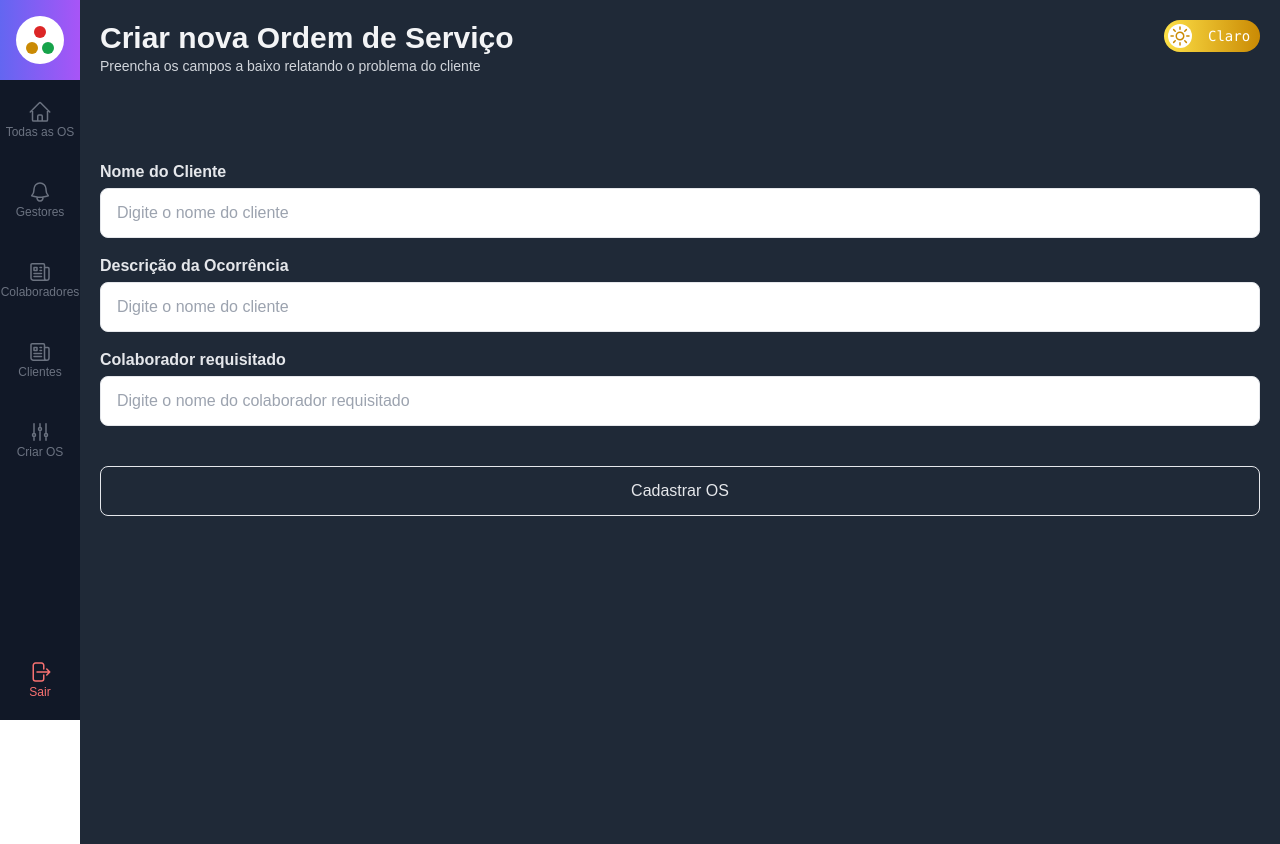
Repository: JackSSads/udemy-nextjs
Page: /create-os
The author's editor kept a copy of each file at every save. The page is drawn from the files as they stood at one save, then again after the next save.
The browser window is 1280 px wide. The pictures show the whole page.
The project was rebuilt for these pictures with package versions that can differ from the ones it lists, and the page was loaded fresh each time. The framework's server and built-in components were replaced by stand-ins that run in the browser. Also part of the build but not shown: next.config.js.

Above is the page before, as saved 2022-10-30 12:19:27.

### src/pages/_app.tsx
import '../styles/globals.css';
import { AppProvider } from "../data/context/AppContext";
import { AuthProvider } from "../data/context/AuthContext";

function MyApp({ Component, pageProps }) {
  return (
    <AuthProvider>
      <AppProvider>
        <Component {...pageProps} />
      </AppProvider>
    </AuthProvider>
  );
};

export default MyApp;

### src/pages/create-os.tsx
//import Template
import router from "next/router.js";
import { useState } from "react";
import FormPost from "../components/template/FormPost";
import Layout from "../components/template/Layout";

import { api_next } from "../lib/dturl";

// página JSX settings
export default function Settings() {

  const [nameClient, setNameClient] = useState("");
  const [description, setDescription] = useState("");
  const [collaborator, setCollaborator] = useState("");

  const [error, setError] = useState("");
  const [checkOsCreated, setCreckOsCrated] = useState("");

  function osCreated(message) {
    setCreckOsCrated(message);
    setTimeout(() => setCreckOsCrated(null), 5000);
  };

  function showError(message, time = 5) {
    setError(message);
    setTimeout(() => setError(null), time * 1000);
  };

  async function registerOs() {

    if (nameClient === "" || description === "" || collaborator === "") {
      showError("Preencha os campos corretamante!", 7);
      return
    };

    const date = new Date().toLocaleDateString();

    const data = {
      date: date,
      client: nameClient,
      description: description,
      collaborator_req: collaborator,
      status: false
    };

    const response = await fetch(`${api_next}/os`, {
      method: 'POST',
      headers: {
        'Content-Type': 'application/json',
      },
      body: JSON.stringify(data),
    });

    if (response.ok) {
      osCreated("Ordem de Serviço Criada com Sucesso!");

      setTimeout(() => { router.push('/'); }, 7000);

      console.log(response);
    };

    return response;
  };

  return (

    <Layout
      title="Criar nova Ordem de Serviço"
      description="Preencha os campos a baixo relatando o problema do cliente">

      {error ? (
        <div className="
          flex items-center justify-center
          bg-red-400 text-white py-3 px-5 my-2
          border border-red-700 rounded-lg">
          <span className="ml-3">{error}</span>
        </div>
      ) : false}

      {checkOsCreated ? (
        <div className="
          flex items-center justify-center
          bg-green-400 text-white py-3 px-5 my-2
          border border-green-700 rounded-lg">
          <span className="ml-3">{checkOsCreated}</span>
        </div>
      ) : false}

      <div className="
        h-screen py-10 flex flex-col
      ">

        <FormPost
          label="Nome do Cliente"
          type="text"
          value={nameClient}
          changeValue={setNameClient}
          placeholder="Digite o nome do cliente"
          required></FormPost>

        <FormPost
          label="Descrição da Ocorrência"
          type="text"
          value={description}
          changeValue={setDescription}
          placeholder="Digite o nome do cliente"
          required></FormPost>

        <FormPost
          label="Colaborador requisitado"
          type="text"
          value={collaborator}
          changeValue={setCollaborator}
          placeholder="Digite o nome do colaborador requisitado"
          required></FormPost>

        <button
          onClick={registerOs}
          className={`
            border border-gray-200 py-3 hover:bg-gray-200
            mt-10 rounded-lg dark:hover:bg-gray-700 hover:border-indigo-500
        `}>
          Cadastrar OS
        </button>

      </div>
    </Layout>
  );
};

### src/styles/globals.css
@tailwind base;
@tailwind components;
@tailwind utilities;

@import url('https://fonts.googleapis.com/css2?family=Poppins:wght@100;200;300;400;500;600;700;800;900&display=swap');

html,
body {
  padding: 0;
  margin: 0;
  font-family: 'Poppins', sans-serif;
}

a {
  color: inherit;
  text-decoration: none;
}

* {
  box-sizing: border-box;
}

### src/data/context/AppContext.tsx
//import states
import { createContext, useState } from "react";

type Theme = "dark" | "";
type Color = "white" | "black";

interface AppContextProps {
    theme?: Theme;
    color?: Color;
    changeTheme?: () => void;
};

// extendendo interface AppContextProps
const AppContext = createContext<AppContextProps>({});

export function AppProvider(props) {
    const [theme, setTheme] = useState<Theme>("dark");
    const [color, setColor] = useState<Color>("white");

    function changeTheme() {
        setTheme(theme === "" ? "dark" : "");
        setColor(color === "white" ? "black" : "white");
    };

    return (
        <AppContext.Provider value={{
            theme,
            color,
            changeTheme
        }}>
            {props.children}
        </AppContext.Provider>
    );
};

export default AppContext;

### src/data/context/AuthContext.tsx
import router from "next/router.js";

import { createContext, useState } from "react";
import firebase from "../../firebase/config.js";
import User from "../../model/User.js";

interface AuthContextProps {
    user?: User;
    loginGoogle?: () => Promise<void>;
};

async function userNormalization(userFirabase: firebase.User): Promise<User> {

    const token = await userFirabase.getIdToken();

    return {
        uid: userFirabase.uid,
        name: userFirabase.displayName,
        email: userFirabase.email,
        token,
        provider: userFirabase.providerData[0].providerId,
        imageUrl: userFirabase.photoURL
    };
};

const AuthContext = createContext<AuthContextProps>({});

export function AuthProvider(props) {
    const [user, setUser] = useState<User>(null);

    async function loginGoogle() {

        const res = await firebase.auth().signInWithPopup(
            new firebase.auth.GoogleAuthProvider(),
        );

        // validação de login com Google
        if(res.user?.email) {
            const user = await userNormalization(res.user);
            setUser(user);

            router.push("/");
        };
    };

    return(
        <AuthContext.Provider value={{
            user,
            loginGoogle,
        }}>
            {props.children}
        </AuthContext.Provider>
    );
};

export default AuthContext;

### src/components/template/FormPost.tsx
interface FormPostProps {
    label: string;
    value: any;
    type?: "text" | "email" | "password";
    placeholder?: string;
    required?: boolean;
    changeValue: (newValue: any) => void;
};

export default function FormPost(props: FormPostProps) {

    return (
        <div className={`flex flex-col mt-4`}>

            <label className="font-semibold">{props.label}</label>

            <input
                type={props.type ?? "text"}
                value={props.value}
                placeholder={props.placeholder}
                onChange={event => props.changeValue?.(event.target.value)}
                required={props.required}
                className={`
                    px-4 py-3 rounded-lg mt-1 text-black
                    border focus:border-blue-500 focus:bg-white
                    focus:outline-none`}
            />
        </div>
    );
};

### src/components/template/Layout.tsx
//import components
import SideBar from "./SideBar";
import Header from "./Header";
import Content from "./Content";

// import custon hook
import useAppData from "../../data/hooks/useAppData";

interface LayoutProps {
    title: string;
    description?: string;
    children?: any;
};

// component JSX layout
export default function Layout(props: LayoutProps) {

    const { theme } = useAppData();

    return (
        <div className={`${theme} flex h-full w-full`} >

            <SideBar /> {/* Adicionando component JSX SideBar ao component JSX layout */}

            <div className={`flex flex-col w-full p-5 ml-20 bg-gray-100 dark:bg-gray-800`} >

                <Header /* Adicionando component JSX Header ao component JSX layout */

                    /* recebendo o titulo e subtitulo */
                    title={props.title}
                    description={props.description} />

                <Content > {/* Adicionando component JSX Component ao component JSX layout */}

                    <div className="flex flex-col">
                        {/* layout pode receber filhos (opsicional) */}
                        {props.children}
                    </div>

                </Content>
            </div >
        </div >
    );
};

### src/lib/dturl.ts
export const api_next = "http://localhost:3000/api"
export const api_nest = "http://localhost:5000"

### src/firebase/config.js
import firebase from "firebase";
import "firebase/auth";

if (!firebase.app.length) {
    firebase.initializeApp({
        apiKey: process.env.NEXT_PUBLIC_FIREBASE_API_KEY,
        authDomain: process.env.NEXT_PUBLIC_FIREBASE_AUTH_DOMAIN,
        projectId: process.env.NEXT_PUBLIC_FIREBASE_PROJECT_ID,
        storageBucket: process.env.NEXT_PUBLIC_FIREBASE_STORAGE_BUCKET,
        messagingSenderId: process.env.NEXT_PUBLIC_FIREBASE_MESSAGING_SENDER_ID,
        appId: process.env.NEXT_PUBLIC_FIREBASE_APP_ID
    });
};

export default firebase;

### src/components/template/SideBar.tsx
// Import icons
import { IconHome, IconBell, IconNew, IconSettings, IconLogout } from "../icons";

//import logo
import Logo from "./Logo";

//Import components
import MenuItem from "./MenuItem";

// component JSX SideBar
export default function SideBar() {
    return (
        <aside className={`
            flex flex-col
            position: fixed
            h-full
            bg-gray-200 text-gray-700
            dark:bg-gray-900 `}>

            {/* ícone logo */}
            <div className={`
                flex flex-col items-center justify-center
                bg-gradient-to-r from-indigo-500 to-purple-500
                h-20 w-20`}>

                <Logo /> {/* Inserindo logo */}

            </div>

            {/* ícones do menu lateral */}
            <ul className={`flex-grow`}>
                <MenuItem url="/" text="Todas as OS" icon={IconHome} />
                <MenuItem url="/managers" text="Gestores" icon={IconBell} />
                <MenuItem url="/collaborators" text="Colaboradores" icon={IconNew} />
                <MenuItem url="/clients" text="Clientes" icon={IconNew} />
                <MenuItem url="/create-os" text="Criar OS" icon={IconSettings} />
            </ul>

            {/* botão logout */}
            <ul>
                <MenuItem
                    text="Sair"
                    icon={IconLogout}
                    onClick={() => console.log("Logout")}
                    className={`
                        text-red-600 dark:text-red-400
                        hover:bg-red-400 hover:text-white
                        dark:hover:text-white`} />
            </ul>
        </aside>
    );
};

### src/components/template/Header.tsx
//import component
import Title from "./Title";

import BtnChangeTheme from "../btn/BtnChangeTheme";
import useAppData from "../../data/hooks/useAppData";

interface HeaderProps {
    title: string;
    description?: string;
};

// component JSX passando e requerendo o titulo e subtitulo
export default function Header(props: HeaderProps) {

    const { theme, changeTheme } = useAppData();

    return (
        <div className={`flex`}>
            <Title /* Adicionando component JSX Title ao component JSX Header */

                /* recebendo titulo */
                title={props.title}
                description={props.description}
            />
            <div className={`flex flex-grow justify-end`}>
                <BtnChangeTheme theme={theme} changeTheme={changeTheme} />
            </div>
        </div>
    );
};

### src/components/template/Content.tsx
interface ContentProps {
    children?: any;
};

// component JSX content
export default function Content(props: ContentProps){

    return (
        <div className={`flex flex-col mt-7 dark:text-gray-200`} >

            {props.children} {/* recebe componentes filho como parâmetro opsional */}

        </div>
    );
};

### src/data/hooks/useAppData.ts
import { useContext } from "react";
import AppContext from "../context/AppContext";

const useAppData = () => useContext(AppContext);

export default useAppData;

### src/components/icons/index.tsx
// icon location: https://heroicons.com/

export const IconHome = (
    <svg xmlns="http://www.w3.org/2000/svg" fill="none" viewBox="0 0 24 24" strokeWidth={1.5} stroke="currentColor" className="w-6 h-6">
        <path strokeLinecap="round" strokeLinejoin="round" d="M2.25 12l8.954-8.955c.44-.439 1.152-.439 1.591 0L21.75 12M4.5 9.75v10.125c0 .621.504 1.125 1.125 1.125H9.75v-4.875c0-.621.504-1.125 1.125-1.125h2.25c.621 0 1.125.504 1.125 1.125V21h4.125c.621 0 1.125-.504 1.125-1.125V9.75M8.25 21h8.25" />
    </svg>
);

export const IconSettings = (
    <svg xmlns="http://www.w3.org/2000/svg" fill="none" viewBox="0 0 24 24" strokeWidth={1.5} stroke="currentColor" className="w-6 h-6">
        <path strokeLinecap="round" strokeLinejoin="round" d="M6 13.5V3.75m0 9.75a1.5 1.5 0 010 3m0-3a1.5 1.5 0 000 3m0 3.75V16.5m12-3V3.75m0 9.75a1.5 1.5 0 010 3m0-3a1.5 1.5 0 000 3m0 3.75V16.5m-6-9V3.75m0 3.75a1.5 1.5 0 010 3m0-3a1.5 1.5 0 000 3m0 9.75V10.5" />
    </svg>
);

export const IconBell = (
    <svg xmlns="http://www.w3.org/2000/svg" fill="none" viewBox="0 0 24 24" strokeWidth={1.5} stroke="currentColor" className="w-6 h-6">
        <path strokeLinecap="round" strokeLinejoin="round" d="M14.857 17.082a23.848 23.848 0 005.454-1.31A8.967 8.967 0 0118 9.75v-.7V9A6 6 0 006 9v.75a8.967 8.967 0 01-2.312 6.022c1.733.64 3.56 1.085 5.455 1.31m5.714 0a24.255 24.255 0 01-5.714 0m5.714 0a3 3 0 11-5.714 0" />
    </svg>
);

export const IconNew = (
    <svg xmlns="http://www.w3.org/2000/svg" fill="none" viewBox="0 0 24 24" strokeWidth={1.5} stroke="currentColor" className="w-6 h-6">
        <path strokeLinecap="round" strokeLinejoin="round" d="M12 7.5h1.5m-1.5 3h1.5m-7.5 3h7.5m-7.5 3h7.5m3-9h3.375c.621 0 1.125.504 1.125 1.125V18a2.25 2.25 0 01-2.25 2.25M16.5 7.5V18a2.25 2.25 0 002.25 2.25M16.5 7.5V4.875c0-.621-.504-1.125-1.125-1.125H4.125C3.504 3.75 3 4.254 3 4.875V18a2.25 2.25 0 002.25 2.25h13.5M6 7.5h3v3H6v-3z" />
    </svg>
);

export const IconLogout = (
    <svg xmlns="http://www.w3.org/2000/svg" fill="none" viewBox="0 0 24 24" strokeWidth={1.5} stroke="currentColor" className="w-6 h-6">
        <path strokeLinecap="round" strokeLinejoin="round" d="M15.75 9V5.25A2.25 2.25 0 0013.5 3h-6a2.25 2.25 0 00-2.25 2.25v13.5A2.25 2.25 0 007.5 21h6a2.25 2.25 0 002.25-2.25V15m3 0l3-3m0 0l-3-3m3 3H9" />
    </svg>

);

export const IconSun = (size = 6) => (
    <svg xmlns="http://www.w3.org/2000/svg" fill="none" viewBox="0 0 24 24" strokeWidth={1.5} stroke="currentColor" className={`h-${size} w-${size}`}>
        <path strokeLinecap="round" strokeLinejoin="round" d="M12 3v2.25m6.364.386l-1.591 1.591M21 12h-2.25m-.386 6.364l-1.591-1.591M12 18.75V21m-4.773-4.227l-1.591 1.591M5.25 12H3m4.227-4.773L5.636 5.636M15.75 12a3.75 3.75 0 11-7.5 0 3.75 3.75 0 017.5 0z" />
    </svg>

);

export const IconMoon = (size = 6) => (
    <svg xmlns="http://www.w3.org/2000/svg" fill="none" viewBox="0 0 24 24" strokeWidth={1.5} stroke="currentColor" className={`h-${size} w-${size}`}>
        <path strokeLinecap="round" strokeLinejoin="round" d="M21.752 15.002A9.718 9.718 0 0118 15.75c-5.385 0-9.75-4.365-9.75-9.75 0-1.33.266-2.597.748-3.752A9.753 9.753 0 003 11.25C3 16.635 7.365 21 12.75 21a9.753 9.753 0 009.002-5.998z" />
    </svg>

);

export const IconWarn = (size = 6) => (
    <svg xmlns="http://www.w3.org/2000/svg" fill="none" viewBox="0 0 24 24" strokeWidth={1.5} stroke="currentColor" className={`h-${size} w-${size}`}>
        <path strokeLinecap="round" strokeLinejoin="round" d="M12 9v3.75m-9.303 3.376c-.866 1.5.217 3.374 1.948 3.374h14.71c1.73 0 2.813-1.874 1.948-3.374L13.949 3.378c-.866-1.5-3.032-1.5-3.898 0L2.697 16.126zM12 15.75h.007v.008H12v-.008z" />
    </svg>
)

### src/components/template/Logo.tsx
// component JSX logo
export default function Logo() {
    return (
        <div className={`
            flex flex-col items-center justify-center
            h-12 w-12 rounded-full bg-white`} >

            <div className={`h-3 w-3 rounded-full bg-red-600 mb-0.5`}></div>

            <div className={`flex mt-0.5`}>
                <div className={`h-3 w-3 rounded-full bg-yellow-600 mr-0.5`}></div>
                <div className={`h-3 w-3 rounded-full bg-green-600 ml-0.5`}></div>
            </div>
        </div>
    )
}

### src/components/template/MenuItem.tsx
// import component Link
import Link from "next/link";

interface MenuItemProps {
    url?: string;
    text: string;
    icon: any;
    className?: string;
    onClick?: (event: any) => void;
};

// component JSX MenuItem
export default function MenuItem(props: MenuItemProps) {

    function renderLink() {
        return (

            <a className={`
                    flex flex-col justify-center items-center
                    h-20 w-20 dark:text-gray-500
                    ${props.className}`} >

                {props.icon}

                <span className={`text-xs font-light`}>

                    {props.text}

                </span>
            </a>
        );
    };

    return (
        <li onClick={props.onClick} className={`
        hover:bg-gray-100 dark:hover:bg-gray-800
        cursor-poiner`} >

            {/* verificação se há um link sendo passado como parâmetro */}
            {props.url ? (

                <Link href={props.url}>

                    {renderLink()}

                </Link>

            ) : (

                renderLink()

            )}
        </li>
    );
};

### src/components/template/Title.tsx
interface TitleProps {
    title: string;
    description?: string;
};

// component JSX titulo
export default function Title(props: TitleProps) {
    return (
        <div>
            <h1 className={` font-black text-3xl text-gray-900 dark:text-gray-100`} >

                {props.title} {/* recebe o título da página como parâmetro */}

            </h1>

            <h2 className={`font-light text-sm dark:text-gray-300`} >

                {props.description} {/* recebe o subtitulo da página como parâmetro */}

            </h2>
        </div>
    );
};

### src/components/btn/BtnChangeTheme.tsx
//import icons
import { IconSun, IconMoon } from "../icons/index";

interface BtnChangeThemeProps {
    theme: string;
    changeTheme: () => void;
};

export default function BtnChangeTheme(props: BtnChangeThemeProps) {
    return props.theme === "dark" ? (
        <div onClick={props.changeTheme}
            className={`
                hidden sm:flex items-center cursor-pointer rounded-full
                bg-gradient-to-r from-yellow-300 to-yellow-600
                w-14 lg:w-24 h-8 p-1 `}>

            <div className={`
                flex items-center justify-center
                bg-white text-yellow-600 w-6 h-6 rounded-full`}>

                {IconSun(4)}

            </div>

            <div className={`
                hidden lg:flex items-center ml-4
                text-white`}>

                <samp className={`text-sm`}>Claro</samp>

            </div>
        </div>
    ) : (
        <div onClick={props.changeTheme}
            className={`
                hidden sm:flex items-center justify-end cursor-pointer rounded-full
                bg-gradient-to-r from-gray-500 to-gray-900
                w-14 lg:w-24 h-8 p-1 `}>

            <div className={`
                hidden lg:flex items-center mr-4
                text-gray-300`}>

                <samp className={`text-sm`}>Dark</samp>

            </div>

            <div className={`
                flex items-center justify-center
                bg-black text-yellow-600 w-6 h-6 rounded-full`}>

                {IconMoon(4)}

            </div>
        </div>
    );
};

### tailwind.config.js
/** @type {import('tailwindcss').Config} */
module.exports = {
  content: [
    "./src/pages/**/*.{js,ts,jsx,tsx}",
    "./src/components/**/*.{js,ts,jsx,tsx}",
  ],
  darkMode: 'class', // or'media' or 'class'
  theme: {
    extend: {},
  },
  plugins: [],
}

After the next save:
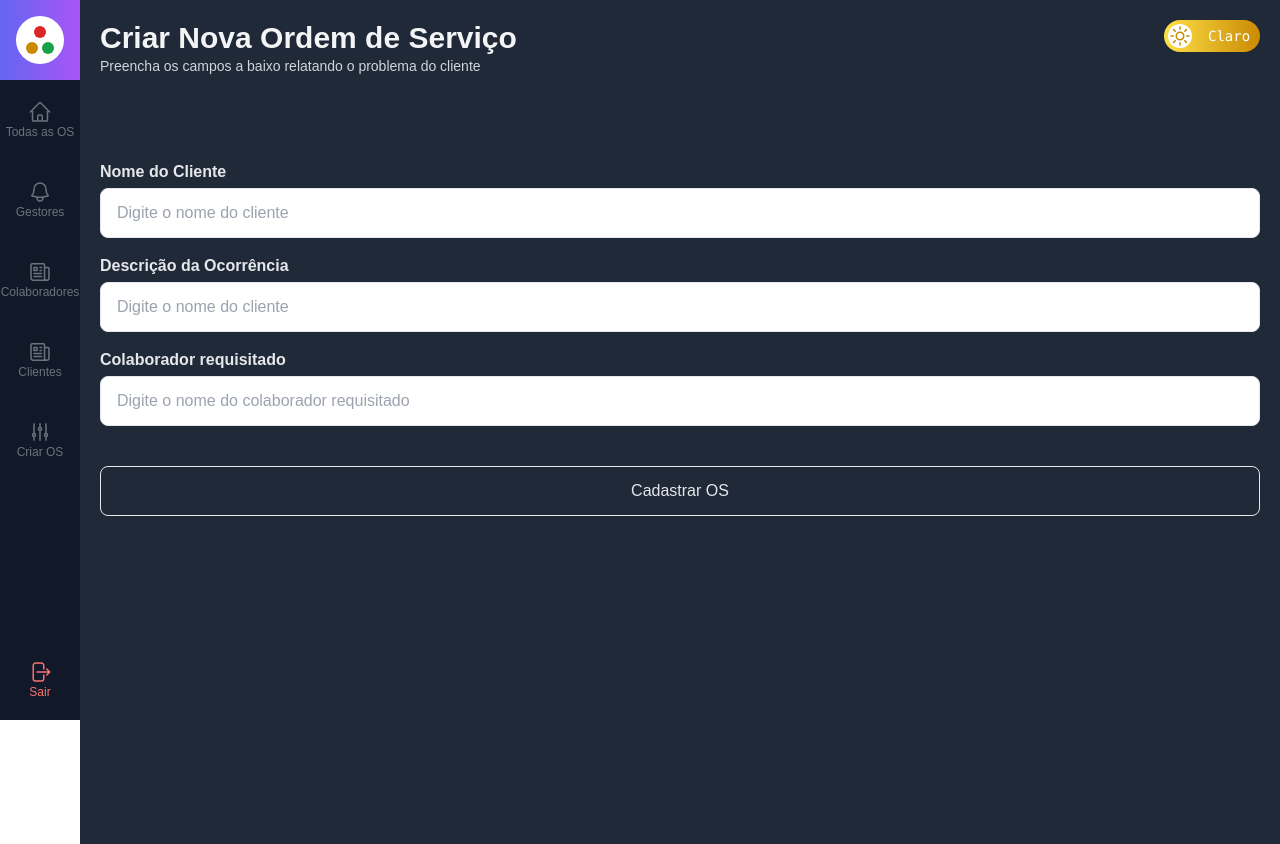
Saved 11 s later.
--- a/src/pages/create-os.tsx
+++ b/src/pages/create-os.tsx
@@ -65,7 +65,7 @@ export default function Settings() {
   return (
 
     <Layout
-      title="Criar nova Ordem de Serviço"
+      title="Criar Nova Ordem de Serviço"
       description="Preencha os campos a baixo relatando o problema do cliente">
 
       {error ? (
